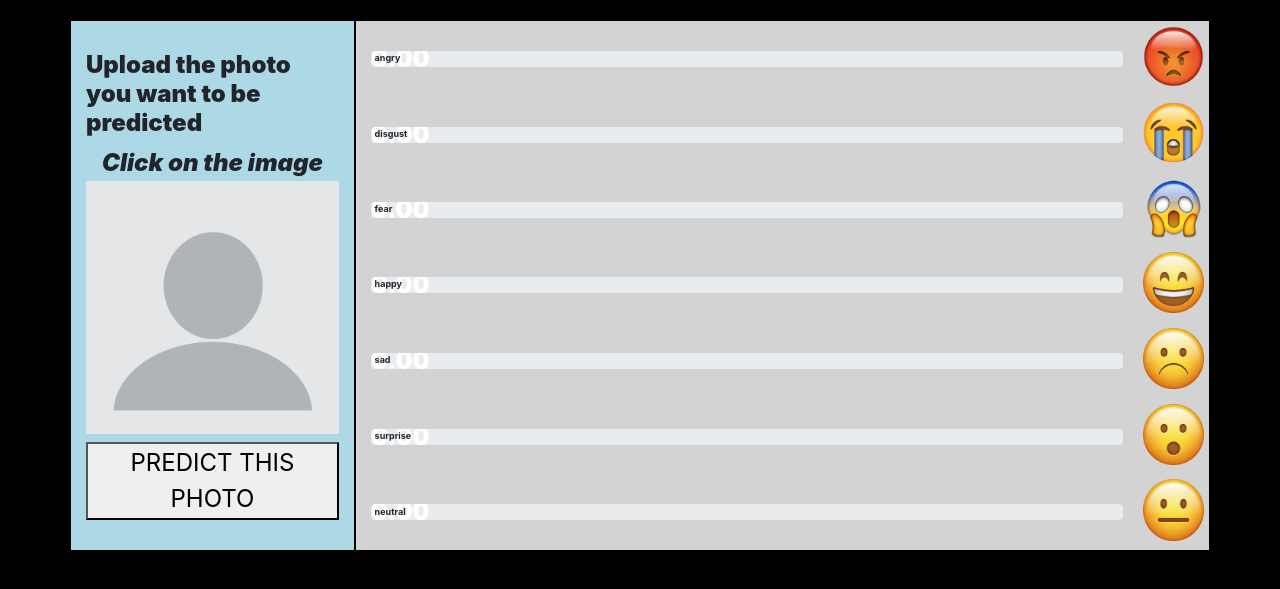
Repository: Jermaniac/TrabajoFinGradoGerman
Page: / (app in webprojectREACT/webexpresssionproject/)
The author's editor kept a copy of each file at every save. The page is drawn from the files as they stood at one save, then again after the next save.
The browser window is 1280 px wide. The pictures show the whole page.
The project was rebuilt for these pictures with package versions that can differ from the ones it lists, and the page was loaded fresh each time.

Above is the page before, as saved 2021-05-05 13:17:53.

After the next save:
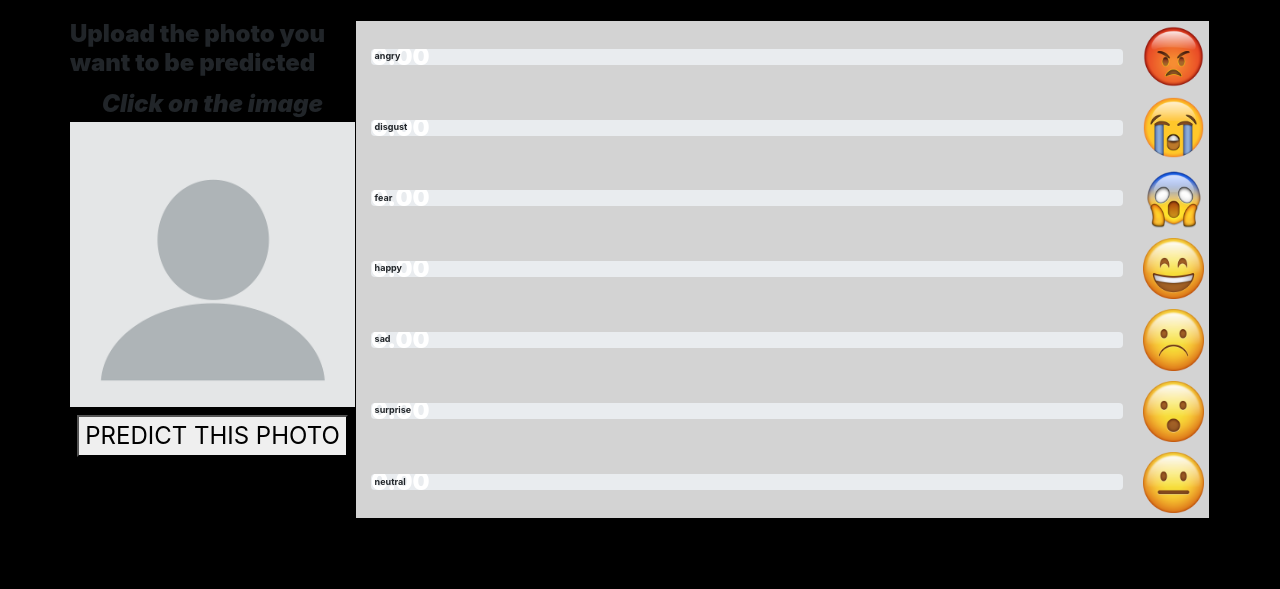
Saved 90 s later.
--- a/webprojectREACT/webexpresssionproject/src/styles/FormComponent.css
+++ b/webprojectREACT/webexpresssionproject/src/styles/FormComponent.css
@@ -1,9 +1,5 @@
 
-#form {
-    background-color: lightblue;
-    padding:30px;
-    border: 1px solid black;
-}
+
 
 #imageEmoji {
     padding: 5px;

After the save that followed:
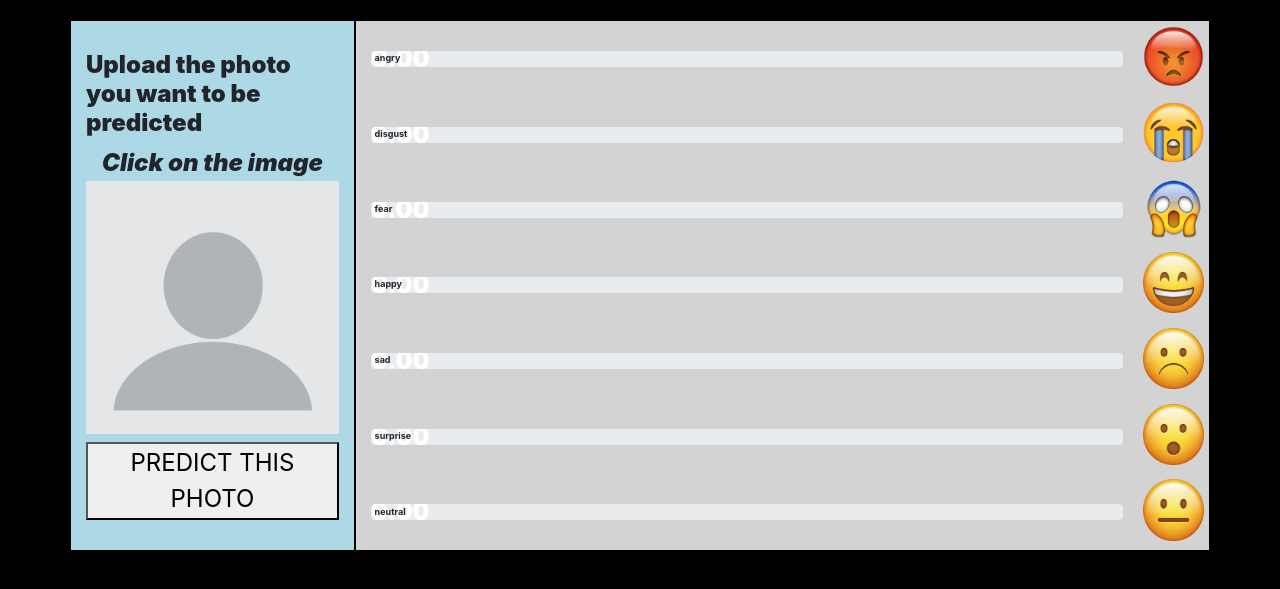
Saved 4 s later.
--- a/webprojectREACT/webexpresssionproject/src/styles/FormComponent.css
+++ b/webprojectREACT/webexpresssionproject/src/styles/FormComponent.css
@@ -1,5 +1,9 @@
 
-
+#form {
+    background-color: lightblue;
+    padding:30px;
+    border: 1px solid black;
+}
 
 #imageEmoji {
     padding: 5px;
